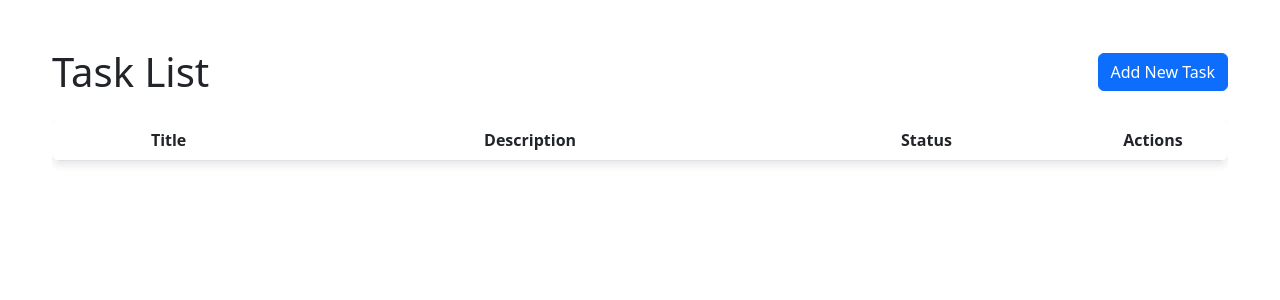
Repository: Abdulahi338/Crude-operation-using-MVC
Page: http://localhost/tasks
An editor plug-in stored every save of this project. The page is shown before and after the next save, followed by the edit.
The browser window is 1280 px wide. The pictures show the whole page.
The page is served by the project's Laravel application, run on PHP 8.4 with Laravel 12. Other server files are loaded and not shown. Queries for data that is not in the repository find no rows.

Above is the page before, as saved 2024-08-31 17:26:23.

### routes/web.php
<?php

// use Illuminate\Support\Facades\Route;

// Route::get('/', function () {
//     return view('welcome');
// });
use App\Http\Controllers\TaskController;

Route::resource('tasks', TaskController::class);

### app/Http/Controllers/TaskController.php
<?php

namespace App\Http\Controllers;

use App\Models\Task;
use Illuminate\Http\Request;

class TaskController extends Controller
{
    public function index()
    {
        $tasks = Task::all();
        return view('tasks.index', compact('tasks'));
    }

    public function create()
    {
        return view('tasks.create');
    }

    public function store(Request $request)
    {
        $request->validate([
            'title' => 'required|max:255',
            'description' => 'nullable',
        ]);

        Task::create($request->all());
        return redirect()->route('tasks.index');
    }

    public function edit(Task $task)
    {
        return view('tasks.edit', compact('task'));
    }

    public function update(Request $request, Task $task)
    {
        $request->validate([
            'title' => 'required|max:255',
            'description' => 'nullable',
        ]);

        $task->update($request->all());
        return redirect()->route('tasks.index');
    }

    public function destroy(Task $task)
    {
        $task->delete();
        return redirect()->route('tasks.index');
    }
}

### app/Models/Task.php
<?php

namespace App\Models;

use Illuminate\Database\Eloquent\Factories\HasFactory;
use Illuminate\Database\Eloquent\Model;

class Task extends Model
{
    use HasFactory;

    // Attributes that can be mass-assigned
    protected $fillable = [
        'title',
        'description',
        'completed',
    ];
}

### resources/views/tasks/index.blade.php
<!DOCTYPE html>
<html lang="en">
<head>
    <meta charset="UTF-8">
    <meta name="viewport" content="width=device-width, initial-scale=1.0">
    <title>Task List</title>
    <link href="https://stackpath.bootstrapcdn.com/bootstrap/5.3.0/css/bootstrap.min.css" rel="stylesheet">
    <style>
        .container {
            max-width: 1200px;
        }
        .task-list {
            border-radius: 0.5rem;
            overflow: hidden;
            box-shadow: 0 4px 8px rgba(0, 0, 0, 0.1);
        }
        .task-list thead {
            background-color: #f8f9fa;
        }
        .task-list th {
            text-align: center;
        }
        .task-list td {
            vertical-align: middle;
        }
        .badge-success {
            background-color: #198754;
        }
        .badge-danger {
            background-color: #dc3545;
        }
    </style>
</head>
<body>
    <div class="container mt-5">
        <div class="d-flex justify-content-between align-items-center mb-4">
            <h1 class="mb-0">Task List</h1>
            <a href="{{ route('tasks.create') }}" class="btn btn-primary">Add New Task</a>
        </div>
        <div class="table-responsive">
            <table class="table table-striped task-list">
                <thead>
                    <tr>
                        <th scope="col">Title</th>
                        <th scope="col">Description</th>
                        <th scope="col">Status</th>
                        <th scope="col" style="width: 150px;">Actions</th>
                    </tr>
                </thead>
                <tbody>
                    @foreach ($tasks as $task)
                        <tr>
                            <td>{{ $task->title }}</td>
                            <td>{{ $task->description }}</td>
                            <td>
                                @if ($task->completed)
                                    <span class="badge bg-success">Completed</span>
                                @else
                                    <span class="badge bg-danger">Not Completed</span>
                                @endif
                            </td>
                            <td class="text-center">
                                <a href="{{ route('tasks.edit', $task->id) }}" class="btn btn-warning btn-sm">Edit</a>
                                <form action="{{ route('tasks.destroy', $task->id) }}" method="POST" style="display:inline;">
                                    @csrf
                                    @method('DELETE')
                                    <button type="submit" class="btn btn-danger btn-sm">Delete</button>
                                </form>
                            </td>
                        </tr>
                    @endforeach
                </tbody>
            </table>
        </div>
    </div>
    <script src="https://cdn.jsdelivr.net/npm/@popperjs/core@2.11.6/dist/umd/popper.min.js"></script>
    <script src="https://stackpath.bootstrapcdn.com/bootstrap/5.3.0/js/bootstrap.min.js"></script>
</body>
</html>

Loaded but not shown: app/Http/Controllers/Controller.php (common file)

After the next save:
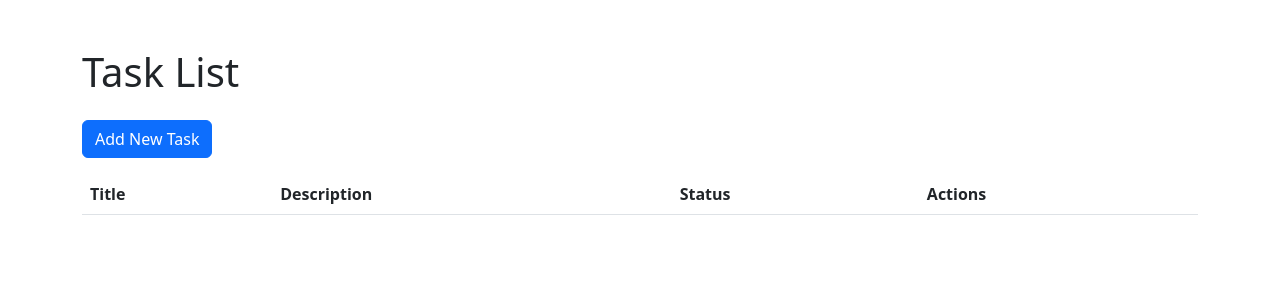
Saved 16 s later.
--- a/resources/views/tasks/index.blade.php
+++ b/resources/views/tasks/index.blade.php
@@ -1,77 +1,46 @@
 <!DOCTYPE html>
-<html lang="en">
+<html>
 <head>
-    <meta charset="UTF-8">
-    <meta name="viewport" content="width=device-width, initial-scale=1.0">
     <title>Task List</title>
     <link href="https://stackpath.bootstrapcdn.com/bootstrap/5.3.0/css/bootstrap.min.css" rel="stylesheet">
-    <style>
-        .container {
-            max-width: 1200px;
-        }
-        .task-list {
-            border-radius: 0.5rem;
-            overflow: hidden;
-            box-shadow: 0 4px 8px rgba(0, 0, 0, 0.1);
-        }
-        .task-list thead {
-            background-color: #f8f9fa;
-        }
-        .task-list th {
-            text-align: center;
-        }
-        .task-list td {
-            vertical-align: middle;
-        }
-        .badge-success {
-            background-color: #198754;
-        }
-        .badge-danger {
-            background-color: #dc3545;
-        }
-    </style>
 </head>
 <body>
     <div class="container mt-5">
-        <div class="d-flex justify-content-between align-items-center mb-4">
-            <h1 class="mb-0">Task List</h1>
-            <a href="{{ route('tasks.create') }}" class="btn btn-primary">Add New Task</a>
-        </div>
-        <div class="table-responsive">
-            <table class="table table-striped task-list">
-                <thead>
+        <h1 class="mb-4">Task List</h1>
+        <a href="{{ route('tasks.create') }}" class="btn btn-primary mb-3">Add New Task</a>
+        <table class="table table-striped" >
+            <thead>
+                <tr>
+                    <th scope="col">Title</th>
+                    <th scope="col">Description</th>
+                    <th scope="col">Status</th>
+                    <th scope="col">Actions</th>
+                </tr>
+            </thead>
+            <tbody>
+                @foreach ($tasks as $task)
                     <tr>
-                        <th scope="col">Title</th>
-                        <th scope="col">Description</th>
-                        <th scope="col">Status</th>
-                        <th scope="col" style="width: 150px;">Actions</th>
+                        <td>{{ $task->title }}</td>
+                        <td>{{ $task->description }}</td>
+                        <td>
+                            @if ($task->completed)
+                                <span class="badge bg-success">Completed</span>
+                            @else
+                                <span class="badge bg-danger">Not Completed</span>
+                            @endif
+                        </td>
+                        <td>
+                            <a href="{{ route('tasks.edit', $task->id) }}" class="btn btn-warning btn-sm">Edit</a>
+                            <form action="{{ route('tasks.destroy', $task->id) }}" method="POST" style="display:inline;">
+                                @csrf
+                                @method('DELETE')
+                                <button type="submit" class="btn btn-danger btn-sm">Delete</button>
+                            </form>
+                        </td>
                     </tr>
-                </thead>
-                <tbody>
-                    @foreach ($tasks as $task)
-                        <tr>
-                            <td>{{ $task->title }}</td>
-                            <td>{{ $task->description }}</td>
-                            <td>
-                                @if ($task->completed)
-                                    <span class="badge bg-success">Completed</span>
-                                @else
-                                    <span class="badge bg-danger">Not Completed</span>
-                                @endif
-                            </td>
-                            <td class="text-center">
-                                <a href="{{ route('tasks.edit', $task->id) }}" class="btn btn-warning btn-sm">Edit</a>
-                                <form action="{{ route('tasks.destroy', $task->id) }}" method="POST" style="display:inline;">
-                                    @csrf
-                                    @method('DELETE')
-                                    <button type="submit" class="btn btn-danger btn-sm">Delete</button>
-                                </form>
-                            </td>
-                        </tr>
-                    @endforeach
-                </tbody>
-            </table>
-        </div>
+                @endforeach
+            </tbody>
+        </table>
     </div>
     <script src="https://cdn.jsdelivr.net/npm/@popperjs/core@2.11.6/dist/umd/popper.min.js"></script>
     <script src="https://stackpath.bootstrapcdn.com/bootstrap/5.3.0/js/bootstrap.min.js"></script>
